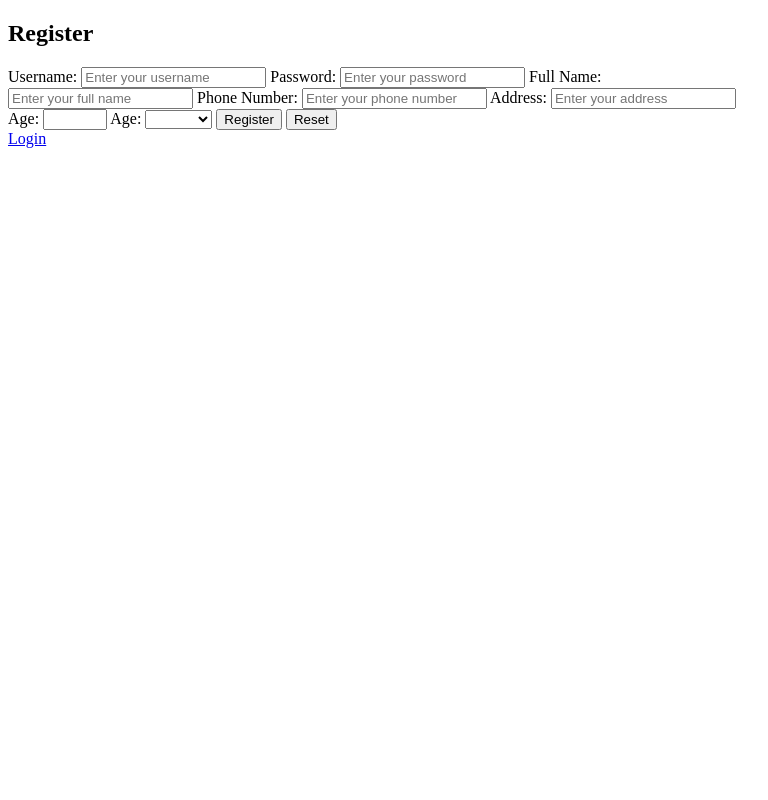
Repository: Loc2804/LTM
Page: http://localhost/RestaurantProject/Register.jsp
These files come from the project's save history. The page is drawn as it stood at one moment and after the next save; the edit follows.
The browser window is 768 px wide. The pictures show the whole page.
The page is served by Tomcat 10.

Above is the page before, as saved 2024-12-07 08:49:30.

After the next save:
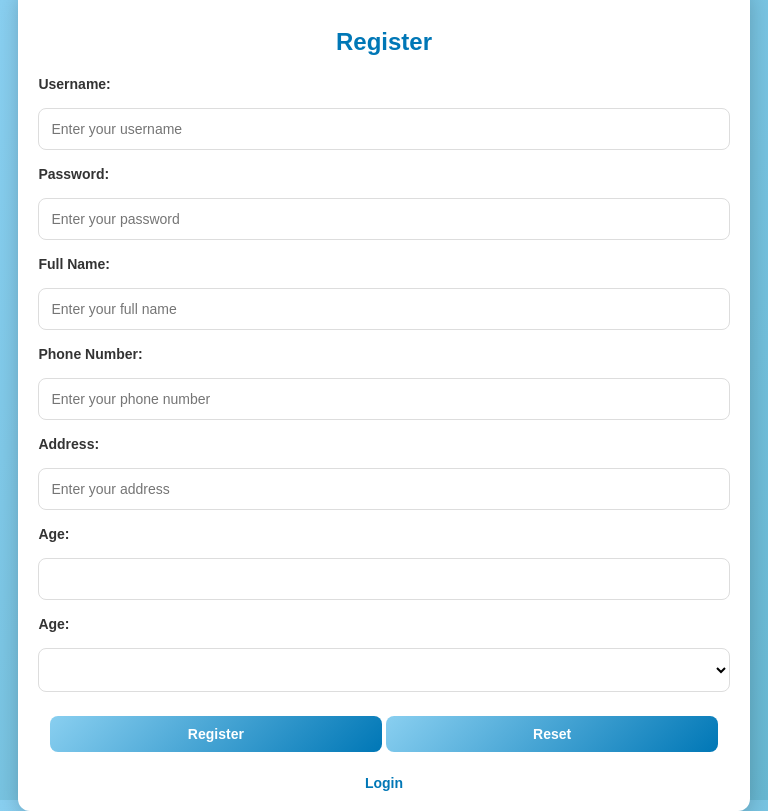
Saved 2 s later.
--- a/RestaurantProject/src/main/webapp/Register.jsp
+++ b/RestaurantProject/src/main/webapp/Register.jsp
@@ -7,7 +7,128 @@
     <meta name="viewport" content="width=device-width, initial-scale=1.0">
     <title>Registration Form</title>
     <style>
-        /* CSS đã được tối ưu hóa bên dưới */
+        body {
+    font-family: Arial, sans-serif;
+    background: linear-gradient(135deg, #89CFF0, #67B7D1);
+    display: flex;
+    justify-content: center;
+    align-items: center;
+    height: 100vh;
+    margin: 0;
+    color: #fff;
+}
+
+.registration-container {
+    background-color: #fff;
+    padding: 30px;
+    box-shadow: 0 4px 20px rgba(0, 0, 0, 0.2);
+    border-radius: 12px;
+    width: 400px;
+    text-align: center;
+    color: #333;
+}
+
+h2 {
+    margin-bottom: 20px;
+    color: #0077b6;
+    font-weight: bold;
+}
+
+label {
+    font-size: 14px;
+    font-weight: bold;
+    display: block;
+    margin-bottom: 8px;
+    text-align: left;
+}
+
+.input-field,
+select {
+    width: 100%;
+    padding: 12px;
+    margin: 8px 0 16px 0;
+    border: 1px solid #ddd;
+    border-radius: 8px;
+    box-sizing: border-box;
+    font-size: 14px;
+    transition: all 0.3s ease;
+}
+
+.input-field:focus,
+select:focus {
+    border-color: #0077b6;
+    outline: none;
+    box-shadow: 0 0 5px rgba(0, 119, 182, 0.5);
+}
+
+select {
+    background-color: #fff;
+    cursor: pointer;
+}
+
+select option {
+    font-size: 14px;
+    padding: 10px;
+}
+
+.btn {
+    width: 48%;
+    padding: 12px;
+    margin: 0 2% 8px 2%;
+    background: linear-gradient(135deg, #89CFF0, #0077b6);
+    color: white;
+    border: none;
+    border-radius: 8px;
+    font-size: 16px;
+    cursor: pointer;
+    font-weight: bold;
+    transition: all 0.3s ease;
+}
+
+.btn:hover {
+    background: linear-gradient(135deg, #0077b6, #005f99);
+    box-shadow: 0 4px 8px rgba(0, 0, 0, 0.2);
+    transform: translateY(-2px);
+}
+
+a {
+    display: block;
+    margin-top: 15px;
+    font-size: 14px;
+    text-decoration: none;
+    color: #0077b6;
+    font-weight: bold;
+    transition: color 0.3s ease;
+}
+
+a:hover {
+    color: #005f99;
+    text-decoration: underline;
+}
+
+.error-message {
+    color: #d9534f;
+    background-color: #f8d7da;
+    border: 1px solid #f5c6cb;
+    border-radius: 8px;
+    padding: 10px;
+    margin-top: 15px;
+    font-size: 14px;
+}
+
+@media (max-width: 768px) {
+    .registration-container {
+        width: 90%;
+        padding: 20px;
+    }
+
+    .btn {
+        font-size: 14px;
+        padding: 10px;
+        margin: 8px 0;
+    }
+}
+
     </style>
 </head>
 <body>
